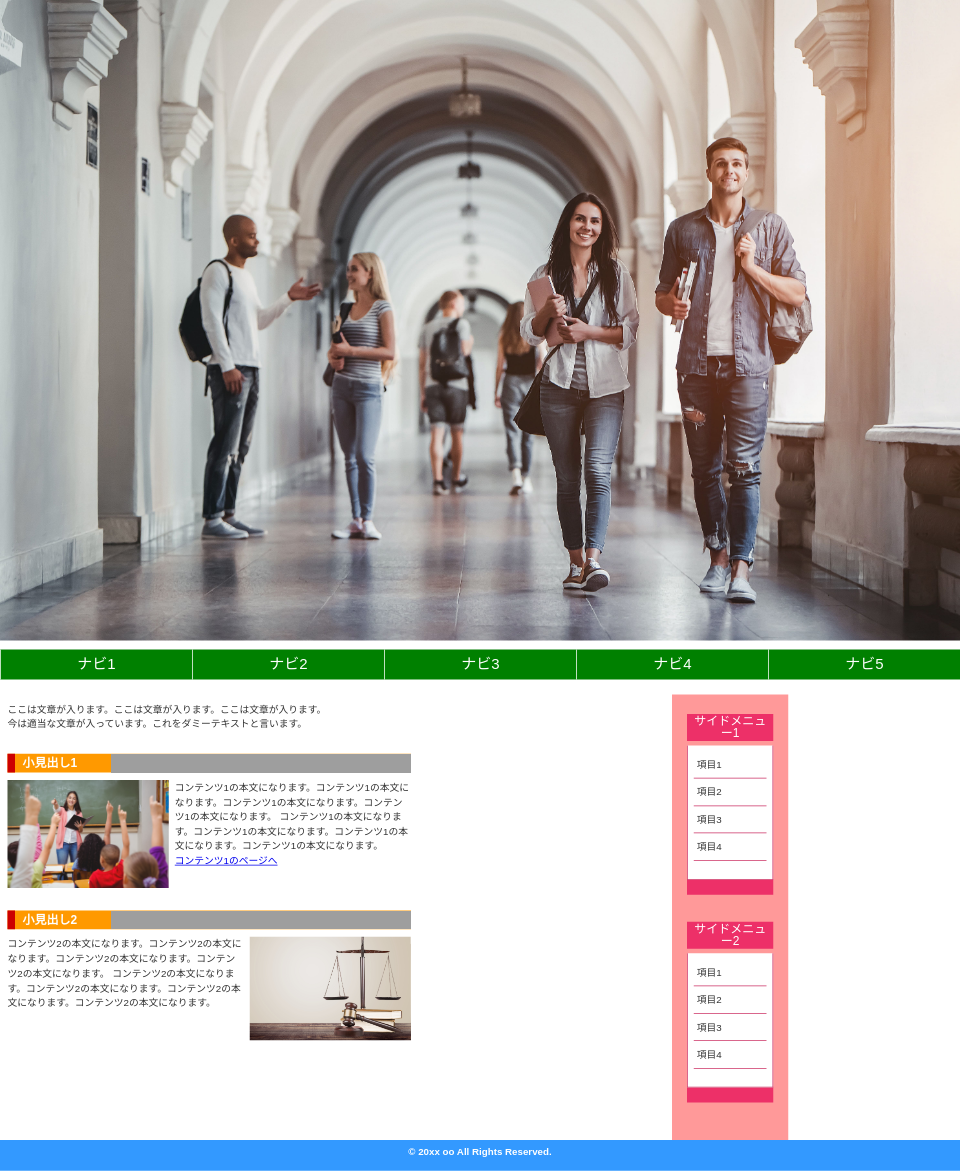
Repository: kazyakuma/Samurai_JS
Page: index.html
The author's editor kept a record of every edit. The page is drawn from the files as they stood at one moment, then again after the next edit.
The browser window is 1280 px wide. The pictures show the whole page, at 75% of full size.
Pictures or frames that could not be fetched are drawn as grey boxes.

Above is the page before.

### index.html
<!DOCTYPE html>
<html lang="ja">
<head>
    </style>
    <meta charset="UTF-8">
    <title>HTML/CSSの学習</title>
    <link rel = "stylesheet" href = "stylesheet.css">
</head>
<body>
    <div id = header>
        <h1><a href = "index.html"><img id = "corridor" src = "images/corridor.jpeg" alt = "大学の廊下"></a></h1>
    </div>
    <div id = "wrapper">
        <div id = "nav">
            <ul>
                <li><a href = "home.html">ナビ1</a></li>
                <li><a href = "#">ナビ2</a></li>
                <li><a href = "#">ナビ3</a></li>
                <li><a href = "#">ナビ4</a></li>
                <li><a href = "#">ナビ5</a></li>
            </ul>
        </div>
            <div id = "container">
                <div id = "main">
                    <div class = "post">
                        <p>ここは文章が入ります。ここは文章が入ります。ここは文章が入ります。<br />今は適当な文章が入っています。これをダミーテキストと言います。</p>
                    </div>
                    <div class = "post clearfix">
                        <h2>小見出し1</h2>
                        <img class = "left" src = "images/classroom.jpeg" alt = "授業風景" />
                        <p> コンテンツ1の本文になります。コンテンツ1の本文になります。コンテンツ1の本文になります。コンテンツ1の本文になります。 コンテンツ1の本文になります。コンテンツ1の本文になります。コンテンツ1の本文になります。コンテンツ1の本文になります。
                        </p>
                        <p><a href = "#">コンテンツ1のページへ</a></p>
                    </div>
                    <div class = "post clearfix">
                        <h2>小見出し2</h2>
                        <img class = "right" src = "images/scale.jpeg" alt = "天秤" />
                        <p> コンテンツ2の本文になります。コンテンツ2の本文になります。コンテンツ2の本文になります。コンテンツ2の本文になります。 コンテンツ2の本文になります。コンテンツ2の本文になります。コンテンツ2の本文になります。コンテンツ2の本文になります。
                        </p>
                    </div>
                </div>
                    <div id = "side">
                        <div class = "box">
                                <h2>サイドメニュー1</h2>
                                <div class = "boxBody">
                                    <ul>
                                        <li>項目1</li>
                                        <li>項目2</li>
                                        <li>項目3</li>
                                        <li>項目4</li>
                                    </ul>
                                </div>
                        </div>
                        <div class = "box">
                                <h2>サイドメニュー2</h2>
                                <div class = "boxBody">
                                    <ul>
                                        <li>項目1</li>
                                        <li>項目2</li>
                                        <li>項目3</li>
                                        <li>項目4</li>
                                    </ul>
                                </div>
                        </div>
                    </div>
            </div>
    </div>
    <div id = "footer">
        <p>&copy; 20xx oo All Rights Reserved.</p>
    </div>
</body>
</html>

### stylesheet.css
@charset "utf-8";

body{
    margin: 0;
    padding: 0;
    font-family: "ヒラギノ角ゴ Pro W3", "Hiragino Kaku Gothic Pro", "メイリオ", Meiryo, Osaka, "MS Pゴシック", "MS PGothic", sans-serif;
    color: #333;
    font-size: 13px;
    line-height: 150%;
}

/*wrapper*/
#wrapper{
    width: 100%;
    margin: auto;
    padding: 0px;
    border: 0px;
    background-color: #FFF;
    top: 10px;
    position: relative;
}

/*header*/
#header{
    width: 100%;
}

#header h1{
    margin: 0;
    padding: 0;
}
#corridor{
    width: 100%;
    height: auto;
}

#footer{
    clear: both;
    width: 100%;
    padding: 3px 0 3px 0;
    background: #39F;
    color: #FFF;
    font-weight: bold;
    text-align: center;
}

/*-----nav-----*/
#nav{
    width: 100%;
}
#nav ul{
    display: flex;
    margin: 0;
    padding: 0;
    list-style-type: none;
}

#nav ul li{
    /*float: left;*/
    width: 20%;
    text-align: center;
}

#nav ul li a{
    display: block;
    height: 20px;
    margin: 0;
    padding: 10px;
    color: #FFF;
    font-size: 20px;
    text-decoration: none;
    background-color: green;
    border-left: 1px solid white;
}

#nav ul li a:hover{
    filter: drop-shadow(10px 10px 10px black);
}

/*------container------*/
#container{
    width: 100%;
    margin: auto;
    padding-top: 20px;
    clear: both;
    display: grid;
    grid-template-columns: 70vw 30vw;
}

/*main*/
#main{
    float: left;
    width: 60%;
    padding: 10px 30px 10px 10px;
}

#main h2{
    margin: 0 0 10px 0;
    padding: 3px 10px 3px 10px;
    color: #FFF;
    font-size: 16px;
    border-left: solid 10px #C00;
    background: #F90 url(../images/main_h2.jpg) right top repeat-y;
}

#main p{
    margin: 0;
    padding: 0;
}

#main .post{
    margin: 0 0 30px 0;
}

#main .post img.right{
    margin: 0 0 0 8px;
}

#main .post img.left{
    margin: 0 8px 0 0;
}

.right{
    float: right;
    width: 40%;
    height: auto;
}

.left{
    float: left;
    width: 40%;
    height: auto;
}

/*-----clearfix-----*/
.clearfix{
    zoom: 1;
}

.clearfix:after{
    content: "";
    display: block;
    clear: both;
}

/*-----side-----*/
#side{
    float: right;
    width: 30%;
    padding: 20px;
    background-color: #F99;
}

#side .box{
    margin: 0 auto 30px auto;
    padding: 0 0 20px 0;
    background: url(images/side_box.png) bottom no-repeat;
}

#side .box h2{
    margin: 0;
    padding: 8px;
    text-align: center;
    color: #fff;
    font-size: 16px;
    line-height: 16px;
    font-weight: normal;
    background: url(images/side_box_h2.png) center no-repeat;
}

#side .box .boxBody{
    padding: 8px;
    border-right: solid 1px #C36;
    border-bottom: solid 1px #C36;
    border-left: solid 1px #C36;
    background: #fff;

}

#side .box .boxBody ul{
    margin: 0 0 16px 0;
    padding: 0;
}

#side .box .boxBody ul li{
    padding: 8px 0 8px 4px;
    list-style: none;
    border-bottom: solid 1px #C36;
}

#side .box .boxBody ul li:hover{
    padding: 8px 0 8px 4px;
    list-style: none;
    border-bottom: solid 1px #C36;
    box-shadow: 0px 4px 4px rgba(0, 0, 0, 0.3);
}

After the next edit:
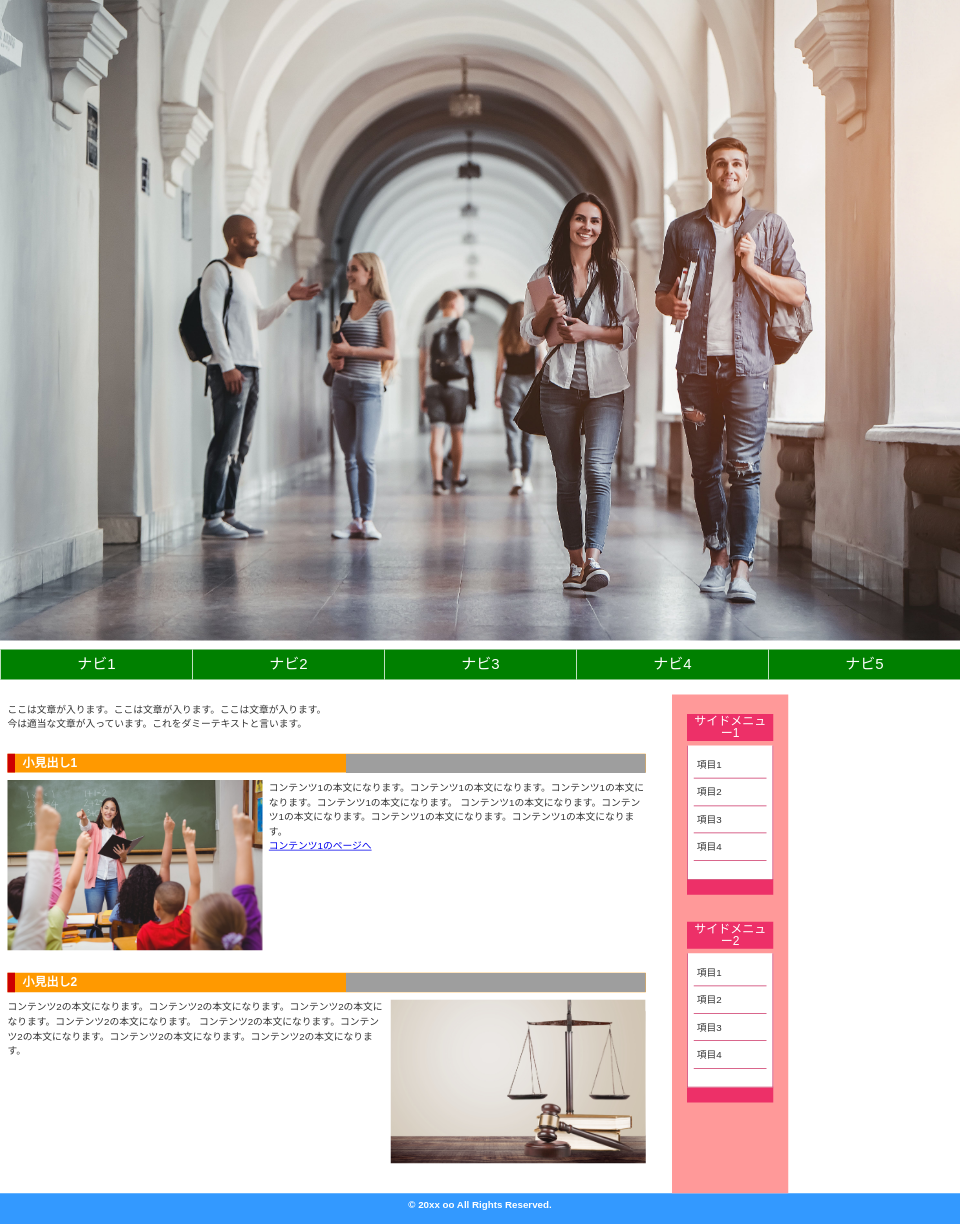
The edit:
--- a/stylesheet.css
+++ b/stylesheet.css
@@ -87,10 +87,9 @@
     grid-template-columns: 70vw 30vw;
 }
 
-/*main*/
+/*-----main-----*/
 #main{
-    float: left;
-    width: 60%;
+    width: 95%;
     padding: 10px 30px 10px 10px;
 }
 
